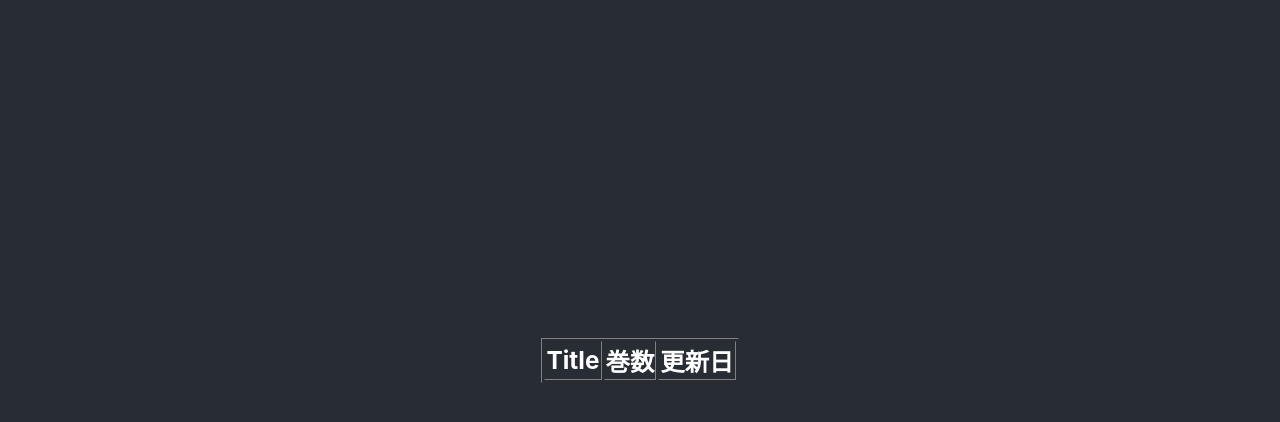
Repository: shotanobukuni/BooksManage
Page: / (app in frontend/app/)
The author's editor kept a copy of each file at every save. The page is drawn from the files as they stood at one save, then again after a run of saves.
The browser window is 1280 px wide. The pictures show the whole page.
The page's requests for data from a server got no answer. The project was rebuilt for these pictures with package versions that can differ from the ones it lists, and the page was loaded fresh each time. No one was signed in, and anything a server would have sent is missing.

Above is the page before, as saved 2021-02-23 22:37:26.

### frontend/app/src/App.js
import './App.css';
import BooskManageView from './components/BooskManageView';

function App() {
  return (
    <div className="App">
      <header className="App-header">
        <BooskManageView />
      </header>
    </div>
  );
}

export default App;

### frontend/app/src/components/BooskManageView.js
import React, {useState, useEffect} from 'react'
import axios from 'axios'

function BooskManageView() {
    // Get Books Data
    const [bookList, setBookList] = useState([])
    useEffect(() => {
        axios.get(`http://127.0.0.1:8000/api/books/`)
        .then(res => {setBookList(res.data)})
        console.log(bookList);
    }, [])
    return (
        <div>
            <table border="1">
                <tr>
                    <th>Title</th>
                    <th>巻数</th>
                    <th>更新日</th>
                </tr>
                {
                    bookList.map(book => <tr>
                        <td>{book.title}</td>
                        <td>{book.turns}</td>
                        <td>{book.updated_at}</td>
                    </tr>)
                }
            </table>
        </div>
    )
}

export default BooskManageView

Loaded but not shown: frontend/app/public/index.html (common file); frontend/app/src/index.js (common file); frontend/app/src/index.css (common file); frontend/app/src/reportWebVitals.js (common file); frontend/app/src/App.css (common file)

After the next 2 saves:
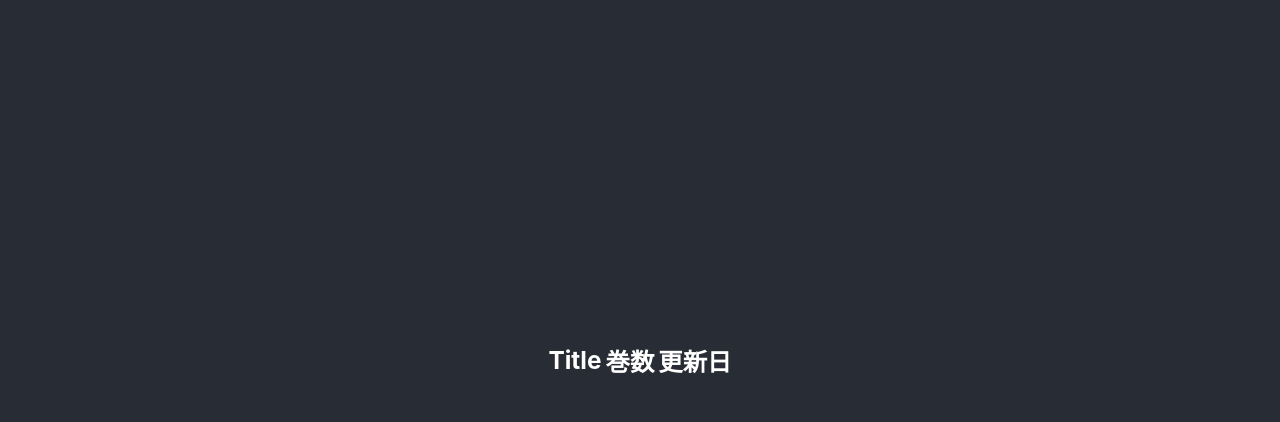
The 2 saves are shown as one change because 1 did not build or start.
The last was saved 64 s later.
--- a/frontend/app/src/components/BooskManageView.js
+++ b/frontend/app/src/components/BooskManageView.js
@@ -11,7 +11,7 @@ function BooskManageView() {
     }, [])
     return (
         <div>
-            <table border="1">
+            <table>
                 <tr>
                     <th>Title</th>
                     <th>巻数</th>
